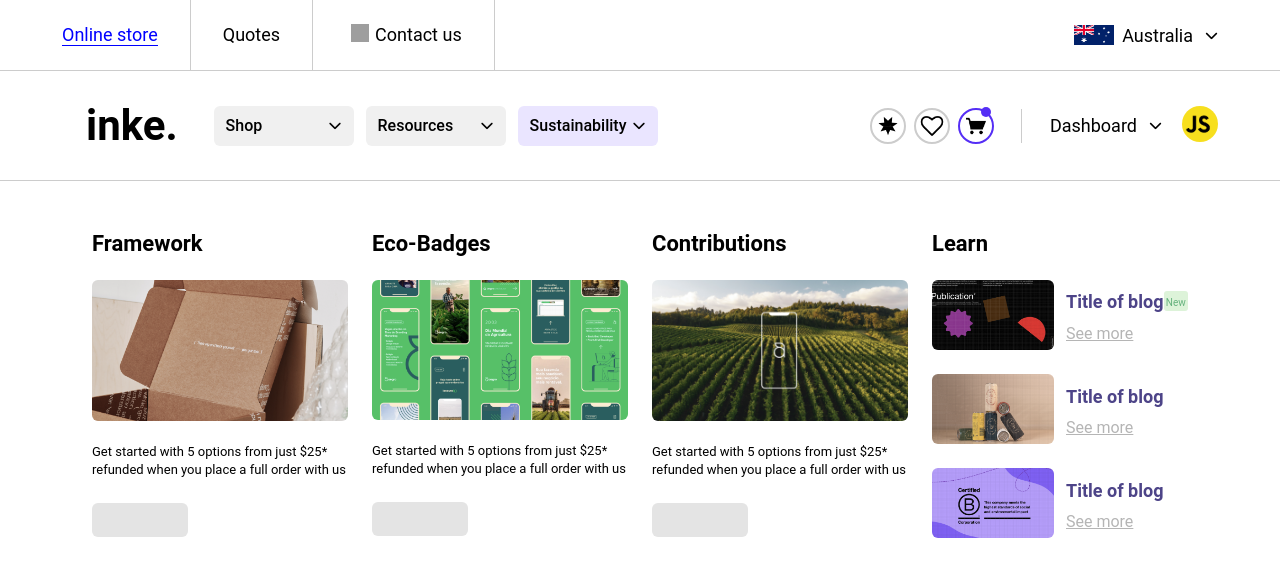
Repository: NguyenMinhKhanhB1909929/Practice_HTML-01
Page: index.html
The author's editor kept a copy of each file at every save. The page is drawn from the files as they stood at one save, then again after the next save.
The browser window is 1280 px wide. The pictures show the whole page.
Pictures or frames that could not be fetched are drawn as grey boxes. Some web libraries are served in a nearby version.

Above is the page before, as saved 2022-04-07 21:43:27.

### index.html
<!DOCTYPE html>
<html lang="en">
  <head>
    <meta charset="UTF-8" />
    <meta http-equiv="X-UA-Compatible" content="IE=edge" />
    <meta name="viewport" content="width=device-width, initial-scale=1.0" />
    <title>Practice 1</title>
    <link rel="stylesheet" href="./asset/style/style.css" />
    <link
      rel="stylesheet"
      href="https://cdnjs.cloudflare.com/ajax/libs/font-awesome/6.1.1/css/all.min.css"
    />
  </head>
  <body>
    <div class="main">
      <div class="header">
        <div class="header__about">
          <div class="header__about-text">
            <a href="" class="active">Online store</a>
          </div>
          <div class="header__about-text">
            <a href="">Quotes</a>
          </div>
          <div class="header__about-text">
            <img
              src="https://emojipedia-us.s3.dualstack.us-west-1.amazonaws.com/thumbs/120/google/313/waving-hand_1f44b.png"
              alt=""
              class="header__about-text__img"
            />
            <p class="m-0">
              <a href="">Contact us</a>
            </p>
          </div>
        </div>
        <div class="header__nation">
          <div class="header__nation-wrap">
            <div class="header__nation-flag">
              <img
                src="./asset/img/Australia.svg.webp"
                alt="abc"
                class="header__nation-flag-img"
              />
            </div>
            <div class="header__nation-name">
              <p class="m-0">Australia</p>
            </div>
            <div class="header__nation-icon">
              <i class="fa-solid fa-chevron-down"></i>
            </div>
          </div>
        </div>
      </div>
      <nav class="nav">
        <div class="nav__category">
          <div class="nav__logo">
            <a href="" class="nav__logo-link">inke.</a>
          </div>

          <div class="nav__category-opt-group">
            <div class="nav__category-opt">
              <i class="fa-solid fa-align-justify"></i>
            </div>
            <div class="nav__category-opt">
              <p class="nav__category-opt-name">Shop</p>
              <div class="nav__category-opt-icon">
                <i class="fa-solid fa-chevron-down"></i>
              </div>
            </div>
            <div class="nav__category-opt">
              <p class="nav__category-opt-name">Resources</p>
              <div class="nav__category-opt-icon">
                <i class="fa-solid fa-chevron-down"></i>
              </div>
            </div>
            <div class="nav__category-opt active-btn">
              <p class="nav__category-opt-name">Sustainability</p>
              <div class="nav__category-opt-icon">
                <i class="fa-solid fa-chevron-down"></i>
              </div>
            </div>
          </div>
        </div>
        <div class="nav__wrap">
          <div class="nav__icon-wrap">
            <div class="nav__icon">
              <img
                src="./asset/img/seven-pointed-star-vector-icon-seven-pointed-star-icon-vector-seven-pointed-star-icon-seven-pointed-star-vector-icon-96183751.jpg"
                alt=""
                class="nav__icon-img"
              />
            </div>
            <div class="nav__icon">
              <img
                src="./asset/img/heart-icon-free-vector.jpg"
                alt=""
                class="nav__icon-img"
              />
            </div>
            <div class="nav__icon active-icon">
              <img
                src="./asset/img/cart-icon-20.jpg"
                alt=""
                class="nav__icon-img"
              />
            </div>
          </div>
          <div class="nav__dash-wrap">
            <div class="nav__das-group">
              <p class="m-0 nav__das-text">Dashboard</p>
              <div class="nav__dash-icon">
                <i class="fa-solid fa-chevron-down"></i>
              </div>
            </div>
            <div class="nav__dash-user">
              <img
                src="./asset/img/images.png"
                alt=""
                class="nav__dash-user-img"
              />
            </div>
          </div>
        </div>
      </nav>
      <div class="container">
        <div class="row">
          <div class="col">
            <div class="container__heading">
              <p class="m-0 container__heading-name">Framework</p>
            </div>
            <div class="container__content">
              <img
                src="./asset/img/image 1.PNG"
                alt=""
                class="container__content-img"
              />
              <p class="container__content-desc">
                Get started with 5 options from just $25* refunded when you
                place a full order with us
              </p>
            </div>
            <button class="btn"></button>
          </div>
          <div class="col">
            <div class="container__heading">
              <p class="m-0 container__heading-name">Eco-Badges</p>
            </div>
            <div class="container__content">
              <img
                src="./asset/img/image2.PNG"
                alt=""
                class="container__content-img"
              />
              <p class="container__content-desc">
                Get started with 5 options from just $25* refunded when you
                place a full order with us
              </p>
            </div>
            <button class="btn"></button>
          </div>
          <div class="col">
            <div class="container__heading">
              <p class="m-0 container__heading-name">Contributions</p>
            </div>
            <div class="container__content">
              <img
                src="./asset/img/image3.PNG"
                alt=""
                class="container__content-img"
              />
              <p class="container__content-desc">
                Get started with 5 options from just $25* refunded when you
                place a full order with us
              </p>
            </div>
            <button class="btn"></button>
          </div>
          <div class="col">
            <div class="container__heading">
              <p class="m-0 container__heading-name">Learn</p>
            </div>
            <div class="container__content">
              <div class="container__content-group">
                <div class="container__content-group-img">
                  <img
                    src="./asset/img/image4.PNG"
                    alt=""
                    class="content-img"
                  />
                </div>
                <div class="container__content-group-title-more">
                  <div class="container__content-title-group">
                    <p class="container__content-title">Title of blog</p>
                    <a class="container__content-title-btn">New</a>
                  </div>
                  <a href="" class="container__content-more">See more</a>
                </div>
              </div>
              <div class="container__content-group">
                <div class="container__content-group-img">
                  <img
                    src="./asset/img/image6.PNG"
                    alt=""
                    class="content-img"
                  />
                </div>
                <div class="container__content-group-title-more">
                  <p class="container__content-title">Title of blog</p>
                  <a href="" class="container__content-more">See more</a>
                </div>
              </div>
              <div class="container__content-group">
                <div class="container__content-group-img">
                  <img
                    src="./asset/img/image7.PNG"
                    alt=""
                    class="content-img"
                  />
                </div>
                <div class="container__content-group-title-more">
                  <p class="container__content-title">Title of blog</p>
                  <a href="" class="container__content-more">See more</a>
                </div>
              </div>
            </div>
          </div>
        </div>
      </div>
    </div>
  </body>
</html>

### asset/style/style.css
* {
  box-sizing: border-box;
  margin: 0;
  font-family: "Roboto", sans-serif;
}
.m-0 {
  margin: 0;
}
.cur {
  cursor: pointer;
}
.main {
  width: 100%;
}
.header {
  padding: 0 30px;
  display: flex;
  font-size: 18px;
  justify-content: space-between;
  border-bottom: 1px solid #ccc;
}
.header__about {
  display: flex;
}
.header__about-text {
  padding: 24px 32px;
  display: flex;
  border-right: 1px solid #ccc;
}
.header__about-text:hover a {
  color: blue;
  cursor: pointer;
}
.header__about-text__img {
  width: 18px;
  height: 18px;
  display: flex;
  align-items: center;
  margin: 0 6px;
}
.header__nation {
  display: flex;
  align-items: center;
}
.header__nation-wrap {
  display: flex;
  cursor: pointer;
}
.header__nation-flag {
  display: flex;
  align-items: center;
}
.header__nation-flag-img {
  width: 40px;
}
.header__nation-name {
  padding: 24px 8px;
}
.header__nation-icon {
  display: flex;
  align-items: center;
  margin: 0 32px 0 4px;
  font-size: 13px;
}
.active {
  color: blue;
  border-bottom: 1px solid blue;
}
a {
  text-decoration: none;
  color: #000;
}

.nav {
  padding: 30px 62px;
  display: flex;
  font-size: 18px;
  justify-content: space-between;
  align-items: center;
  border-bottom: 1px solid #ccc;
}
.nav__category {
  display: flex;
  align-items: center;
}
.nav__logo {
  padding: 0 24px;
}
.nav__logo-link {
  font-size: 42px;
  font-weight: bold;
}
.nav__wrap {
  display: flex;
  align-items: center;
}
.nav__icon-wrap {
  display: flex;
  padding-right: 20px;
  position: relative;
  align-items: center;
  position: relative;
}

.nav__icon {
  width: 36px;
  height: 36px;
  border-radius: 100rem;
  border: 2px solid #ccc;
  display: flex;
  justify-content: center;
  align-items: center;
  margin-right: 8px;
  cursor: pointer;
}
.active-icon {
  border: 2px solid #552ef5;
  position: relative;
}
.active-icon::after {
  content: "";
  display: block;
  width: 10px;
  height: 10px;
  background-color: #552ef5;
  position: absolute;
  border-radius: 100rem;
  top: -3px;
  right: 1px;
}
.nav__icon-wrap::after {
  content: "";
  position: absolute;
  display: block;
  height: 34px;
  width: 1px;
  background-color: #ccc;
  right: 0;
  top: 50%;
  transform: translateY(-50%);
}
.nav__dash-wrap {
  display: flex;
  align-items: center;
}
.nav__das-text {
  margin-left: 28px;
}
.nav__dash-icon {
  font-size: 13px;
  margin: 0 12px;
}
.nav__category-opt-group {
  display: flex;
}
.nav__category-opt {
  cursor: pointer;
  width: 140px;
  height: 40px;
  border-radius: 6px;
  border: none;
  background-color: #f0f0f0;
  margin-left: 12px;
  padding: 0 12px;
  display: flex;
  align-items: center;
  justify-content: space-between;
  font-size: 16px;
  font-weight: 500;
}
.nav__category-opt:nth-child(1) {
  display: none;
}
.nav__category-opt:hover {
  background-color: #eae5ff;
}
.nav__category-opt-icon {
  font-size: 13px;
  font-weight: bold;
}
.nav__dash-user {
  margin-left: 8px;
}
.nav__dash-user-img {
  width: 36px;
  border-radius: 100rem;
  height: 36px;
  object-fit: cover;
}
.nav__icon-img {
  width: 28px;
  height: 28px;
  border-radius: 100rem;
}
.active-btn {
  background-color: #eae5ff;
}
.container {
  margin: 0 80px;
  padding: 50px 0 0 0;
}
.row {
  display: flex;
}
.col {
  width: 25%;
  padding: 0 12px;
}
.container__heading {
}

.container__heading-name {
  font-size: 22px;
  font-weight: 600;
}
.container__content {
  margin-top: 24px;
}
.container__content-img {
  width: 100%;
  border-radius: 6px;
  margin-bottom: 18px;
  cursor: pointer;
}
.container__content-desc {
  font-size: 13px;
  line-height: 18px;
}
.btn {
  height: 34px;
  width: 96px;
  background-color: #e4e4e4;
  border: none;
  border-radius: 6px;
  margin-top: 24px;
  cursor: pointer;
}
.container__content-group {
  display: flex;
  margin-bottom: 20px;
}
.container__content-group-img {
  margin-right: 12px;
  width: 50%;
  cursor: pointer;
}
.content-img {
  width: 100%;
  border-radius: 6px;
}
.container__content-group-title-more {
  width: 50%;
  display: flex;
  flex-direction: column;
  justify-content: space-evenly;
}
.container__content-title-group {
  display: flex;
  width: 100%;
}
.container__content-title {
  font-size: 18px;
  font-weight: 600;
  color: #4d4488;
  width: 80%;
}
.container__content-title-btn {
  font-size: 10px;
  background-color: #ddf3d9;
  width: 20%;
  height: 20px;
  border-radius: 3px;
  text-align: center;
  line-height: 24px;
  color: #66b27e;
}
.container__content-more {
  font-size: 16px;
  color: #b5b5b5;
  text-decoration: underline;
  max-width: 392px;
}
.nav__das-group {
  display: flex;
  align-items: center;
  cursor: pointer;
}

/* ---------------------Responsive------------------- */
/* PC */
@media screen and (min-width: 64em) {
}
/* Tablet */
@media screen and (min-width: 46.25em) and (max-width: 63.9375em) {
  /* Header */
  .header {
    padding: 0 0;
  }
  .header__nation-name {
    display: none;
  }
  .header__nation-icon {
    margin-left: 12px;
    margin-right: 24px;
  }
  .header__nation-flag-img {
    width: 48px;
  }
  /* Nav */
  .nav {
    padding-left: 0;
    padding-right: 0;
  }
  .nav__das-group {
    display: none;
  }
  .nav__category-opt {
    width: auto;
    height: 46px;
  }
  .nav__category-opt-name {
    margin-right: 8px;
  }
  .nav__dash-user {
    margin-left: 12px;
    margin-right: 20px;
  }
  .nav__icon-wrap {
    padding-right: 12px;
  }
  .nav__logo {
    padding-right: 12px;
  }
  /* Container */
  .container {
    margin: 0 10px;
  }
  .row {
    flex-wrap: wrap;
  }
  .col {
    width: 50%;
    margin-bottom: 32px;
    padding: 0 24px;
  }
  .btn {
    height: 46px;
    width: 120px;
    margin-top: 16px;
  }
  .container__content-desc {
    font-size: 16px;
    line-height: 24px;
  }
  .container__heading-name {
    font-size: 28px;
  }
}

/* Mobile */
@media screen and (max-width: 46.1875em) {
  /* Header */
  .header {
    padding: 0;
  }
  .header__about-text:nth-child(1) {
    padding: 18px 28px 18px 18px;
    position: relative;
    cursor: pointer;
  }
  .header__about-text:nth-child(1)::after {
    content: "";
    display: block;
    position: absolute;
    top: 56%;
    transform: translateY(-45%);
    right: 9px;
    border: 6px solid transparent;
    border-color: #000 transparent transparent transparent;
  }
  .header__about-text:nth-child(2),
  .header__about-text:nth-child(3) {
    display: none;
  }
  .header__nation-name {
    display: none;
  }
  .header__nation-icon {
    margin: 0 12px 0 8px;
  }
  /* Nav */
  .nav {
    padding: 12px 0;
    flex-direction: column;
  }
  .nav__category {
    flex-direction: column;
    width: 100%;
  }
  .nav__das-group {
    display: none;
  }
  .nav__category-opt:nth-child(1) {
    display: block;
  }
  .nav__category-opt:nth-child(2),
  .nav__category-opt:nth-child(3) {
    display: none;
  }
  .nav__category-opt-group {
    width: 100%;
    justify-content: flex-start;
  }
  .nav__icon:nth-child(1),
  .nav__icon:nth-child(2) {
    display: none;
  }
  /* Container */
  .container {
    margin: 0 12px;
  }
  .row {
    flex-direction: column;
  }
  .col {
    width: 100%;
    margin-bottom: 24px;
  }
  .container__content-img {
    margin-bottom: 12px;
  }
  .container__heading-name {
    font-size: 32px;
  }
  .container__content-desc {
    font-size: 16px;
    line-height: 24px;
  }
  .btn {
    margin-top: 12px;
    width: 50%;
    height: 52px;
  }
  .container__content-group {
    flex-direction: column-reverse;
    margin-bottom: 24px;
  }
  .container__content-group-img {
    width: 100%;
  }
  .content-img {
    width: 80%;
  }
  .container__content-group-title-more {
    display: flex;
    flex-direction: row;
    width: 80%;
    margin-bottom: 6px;
    align-items: center;
  }
  .container__content-title {
    width: 60%;
  }
  .container__content-title-btn {
    width: 30%;
    height: 26px;
    font-size: 14px;
    line-height: 26px;
  }
  .container__content-more {
    width: 50%;
    text-align: right;
  }
  .container__content-title-group {
    align-items: center;
  }
}

After the next save:
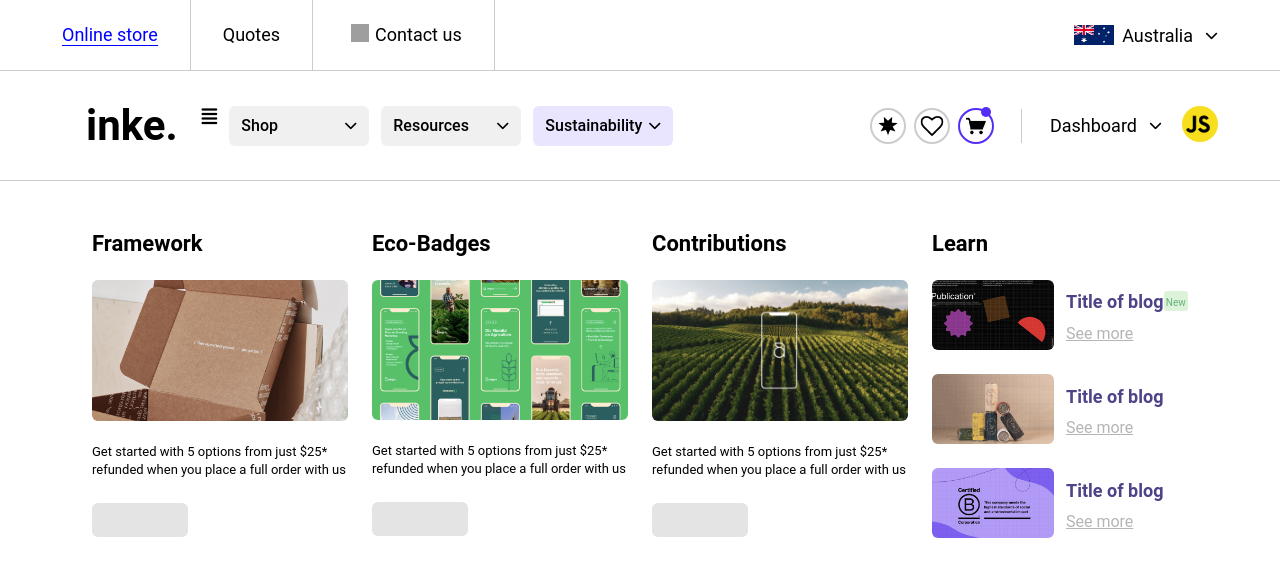
Saved 25 s later.
--- a/index.html
+++ b/index.html
@@ -57,7 +57,7 @@
           </div>
 
           <div class="nav__category-opt-group">
-            <div class="nav__category-opt">
+            <div class="nav__category-opt-more">
               <i class="fa-solid fa-align-justify"></i>
             </div>
             <div class="nav__category-opt">

After the 3 saves that followed:
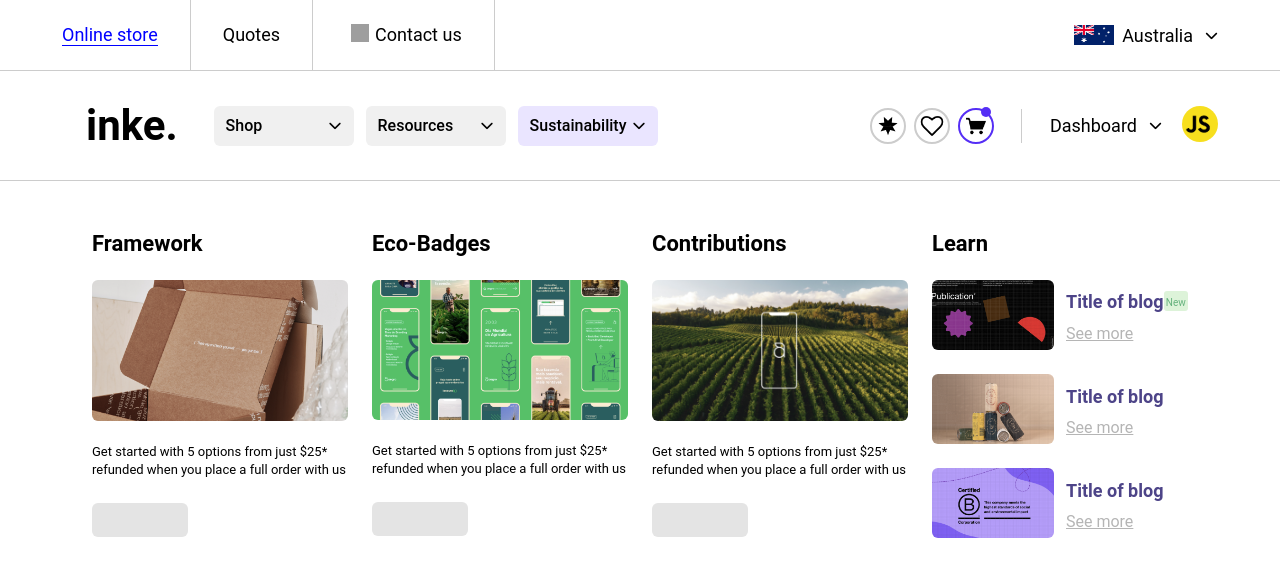
The 3 saves are shown as one change because 2 left the picture as it was.
The last was saved 49 s later.
--- a/asset/style/style.css
+++ b/asset/style/style.css
@@ -168,7 +168,7 @@ a {
   font-size: 16px;
   font-weight: 500;
 }
-.nav__category-opt:nth-child(1) {
+.nav__category-opt-more {
   display: none;
 }
 .nav__category-opt:hover {
@@ -400,7 +400,7 @@ a {
   .nav__das-group {
     display: none;
   }
-  .nav__category-opt:nth-child(1) {
+  .nav__category-opt-more {
     display: block;
   }
   .nav__category-opt:nth-child(2),
